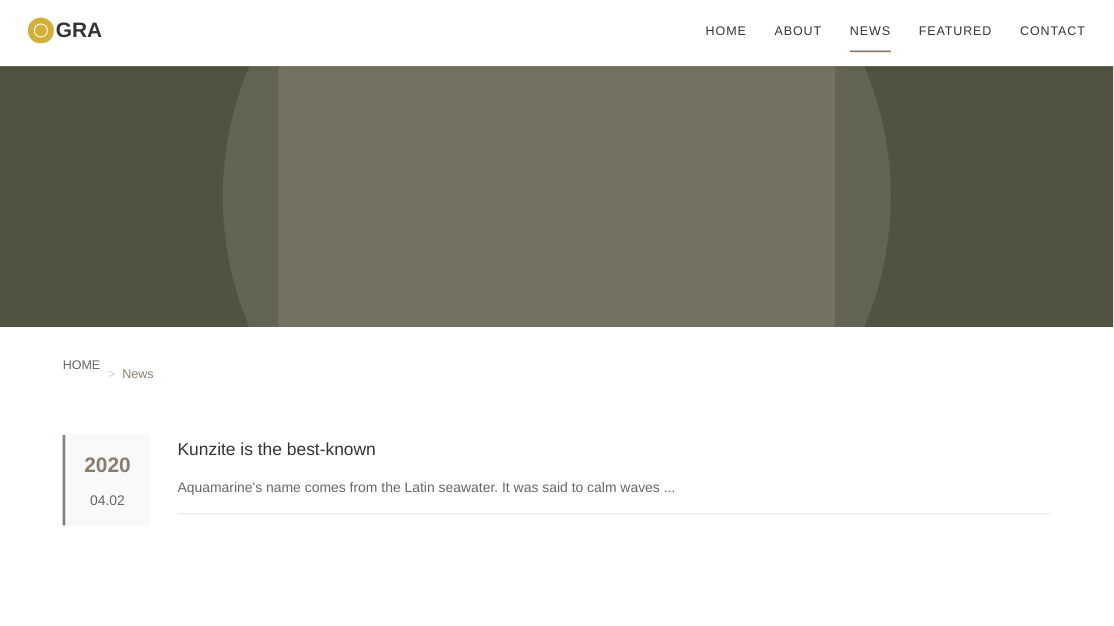
Repository: zhangchugao/jewelry
Page: /news
An editor plug-in stored every save of this project. The page is shown before and after the next save, followed by the edit.
The browser window is 1280 px wide. The pictures show the whole page, at 87% of full size.
The project was rebuilt for these pictures with package versions that can differ from the ones it lists, and the page was loaded fresh each time. Also part of the build but not shown: vite.config.ts, src/components/BannerSection.vue, src/components/CertificateSection.vue, src/views/HomeView.vue, src/views/AboutView.vue, src/views/FeaturedView.vue, src/views/ContactView.vue.

Above is the page before, as saved 2025-11-23 12:52:57.

### index.html
<!doctype html>
<html lang="en">
  <head>
    <meta charset="UTF-8" />
    <link rel="icon" type="image/svg+xml" href="/vite.svg" />
    <meta name="viewport" content="width=device-width, initial-scale=1.0, maximum-scale=1.0, user-scalable=no" />
    <meta name="theme-color" content="#ffffff" />
    <meta name="description" content="GRA Jewelry - Exclusive Custom Jewelry and Certification" />
    <title>GRA Jewelry</title>
  </head>
  <body>
    <div id="app"></div>
    <script type="module" src="/src/main.ts"></script>
  </body>
</html>

### src/style.css
/* 全局变量 */
:root {
  --primary-color: #8b7d6b;
  --secondary-color: #333;
  --text-color: #333;
  --light-text: #666;
  --background-color: #fff;
  --border-color: #e0e0e0;
  --font-main: 'Helvetica Neue', Arial, sans-serif;
}

/* 重置样式 */
* {
  margin: 0;
  padding: 0;
  box-sizing: border-box;
}

html, body {
  font-family: var(--font-main);
  line-height: 1.6;
  color: var(--text-color);
  background-color: var(--background-color);
  min-height: 100vh;
}

#app {
  width: 100%;
  min-height: 100vh;
}

a {
  text-decoration: none;
  color: var(--secondary-color);
  transition: color 0.3s ease;
}

a:hover {
  color: var(--primary-color);
}

button {
  cursor: pointer;
  border: none;
  background: none;
  font-family: inherit;
}

/* 响应式断点 */
@media (max-width: 768px) {
  :root {
    font-size: 14px;
  }
}

@media (max-width: 480px) {
  :root {
    font-size: 12px;
  }
}

/* H5设备优化 */
/* 防止双击缩放 */
* {
  touch-action: manipulation;
}

/* 优化触摸目标大小 */
button, a, input[type="button"], input[type="submit"] {
  min-height: 44px;
  min-width: 44px;
}

/* 滚动优化 */
html {
  -webkit-overflow-scrolling: touch;
}

/* 防止内容被底部安全区域遮挡（iPhone等设备） */
@media (max-width: 768px) {
  .certificate-section {
    padding-bottom: calc(4rem + env(safe-area-inset-bottom, 0px));
  }

  .mobile-nav {
    padding-bottom: calc(1rem + env(safe-area-inset-bottom, 0px));
  }
}

/* 横屏模式优化 */
@media screen and (orientation: landscape) and (max-height: 500px) {
  .banner {
    height: 80vh;
  }

  .certificate-section {
    padding: 2rem 1rem;
  }
}

### src/App.vue
<script setup lang="ts">
import { RouterView } from 'vue-router';
import Navbar from './components/Navbar.vue';
</script>

<template>
  <div class="app">
    <Navbar />
    <main>
      <RouterView />
    </main>
  </div>
</template>

<style scoped>
.app {
  display: flex;
  flex-direction: column;
  min-height: 100vh;
}

main {
  flex: 1;
}
</style>

### src/router.ts
import { createRouter, createWebHistory } from 'vue-router';
import HomeView from './views/HomeView.vue';
import AboutView from './views/AboutView.vue';
import NewsView from './views/NewsView.vue';
import FeaturedView from './views/FeaturedView.vue';
import ContactView from './views/ContactView.vue';

const routes = [
  {
    path: '/',
    name: 'home',
    component: HomeView
  },
  {
    path: '/about',
    name: 'about',
    component: AboutView
  },
  {
    path: '/news',
    name: 'news',
    component: NewsView
  },
  {
    path: '/featured',
    name: 'featured',
    component: FeaturedView
  },
  {
    path: '/contact',
    name: 'contact',
    component: ContactView
  }
];

const router = createRouter({
  history: createWebHistory(),
  routes
});

export default router;

### src/components/Navbar.vue
<template>
  <nav class="navbar">
    <div class="navbar-container">
      <!-- Logo -->
      <div class="logo">
        <router-link to="/">
          <span class="logo-text">GRA</span>
        </router-link>
      </div>

      <!-- Desktop Navigation -->
      <div class="nav-links">
        <router-link to="/" class="nav-link">HOME</router-link>
        <router-link to="/about" class="nav-link">About</router-link>
        <router-link to="/news" class="nav-link">News</router-link>
        <router-link to="/featured" class="nav-link">Featured</router-link>
        <router-link to="/contact" class="nav-link">Contact</router-link>
      </div>

      <!-- Mobile Menu Button -->
      <button class="mobile-menu-btn" @click="toggleMobileMenu">
        <span class="menu-icon"></span>
      </button>
    </div>

    <!-- Mobile Navigation -->
    <div class="mobile-nav" v-if="mobileMenuOpen">
      <router-link to="/" class="mobile-nav-link" @click="closeMobileMenu">HOME</router-link>
      <router-link to="/about" class="mobile-nav-link" @click="closeMobileMenu">About</router-link>
      <router-link to="/news" class="mobile-nav-link" @click="closeMobileMenu">News</router-link>
      <router-link to="/featured" class="mobile-nav-link" @click="closeMobileMenu">Featured</router-link>
      <router-link to="/contact" class="mobile-nav-link" @click="closeMobileMenu">Contact</router-link>
    </div>
  </nav>
</template>

<script setup lang="ts">
import { ref } from 'vue';

const mobileMenuOpen = ref(false);

const toggleMobileMenu = () => {
  mobileMenuOpen.value = !mobileMenuOpen.value;
};

const closeMobileMenu = () => {
  mobileMenuOpen.value = false;
};
</script>

<style scoped>
.navbar {
  position: sticky;
  top: 0;
  background-color: #fff;
  box-shadow: 0 2px 10px rgba(0, 0, 0, 0.1);
  z-index: 1000;
  padding: 1rem 0;
}

.navbar-container {
  max-width: 1400px;
  margin: 0 auto;
  padding: 0 2rem;
  display: flex;
  justify-content: space-between;
  align-items: center;
}

.logo {
  display: flex;
  align-items: center;
}

.logo-text {
  font-size: 1.5rem;
  font-weight: bold;
  color: var(--secondary-color);
  position: relative;
  padding-left: 2rem;
}

.logo-text::before {
  content: '';
  position: absolute;
  left: 0;
  top: 50%;
  transform: translateY(-50%);
  width: 30px;
  height: 30px;
  background-color: #d4af37;
  border-radius: 50%;
  background-image: url('data:[embedded picture, 278 characters]');
  background-size: contain;
  background-repeat: no-repeat;
  background-position: center;
}

.nav-links {
  display: flex;
  gap: 2rem;
}

.nav-link {
  font-size: 0.9rem;
  font-weight: 500;
  text-transform: uppercase;
  letter-spacing: 1px;
  position: relative;
  padding: 0.5rem 0;
}

.nav-link::after {
  content: '';
  position: absolute;
  bottom: 0;
  left: 0;
  width: 0;
  height: 2px;
  background-color: var(--primary-color);
  transition: width 0.3s ease;
}

.nav-link:hover::after,
.nav-link.router-link-active::after {
  width: 100%;
}

.mobile-menu-btn {
  display: none;
  background: none;
  border: none;
  cursor: pointer;
  padding: 0.5rem;
}

.menu-icon {
  display: block;
  width: 24px;
  height: 2px;
  background-color: var(--secondary-color);
  position: relative;
  transition: background-color 0.3s ease;
}

.menu-icon::before,
.menu-icon::after {
  content: '';
  position: absolute;
  width: 24px;
  height: 2px;
  background-color: var(--secondary-color);
  transition: transform 0.3s ease;
}

.menu-icon::before {
  top: -6px;
}

.menu-icon::after {
  bottom: -6px;
}

.mobile-nav {
  display: none;
  position: absolute;
  top: 100%;
  left: 0;
  right: 0;
  background-color: #fff;
  box-shadow: 0 4px 6px rgba(0, 0, 0, 0.1);
  padding: 1rem 0;
}

.mobile-nav-link {
  display: block;
  padding: 1rem 2rem;
  font-size: 1rem;
  color: var(--secondary-color);
  text-align: center;
  border-bottom: 1px solid var(--border-color);
}

.mobile-nav-link:last-child {
  border-bottom: none;
}

.mobile-nav-link:hover {
  background-color: #f9f9f9;
  color: var(--primary-color);
}

/* 响应式设计 */
@media (max-width: 768px) {
  .nav-links {
    display: none;
  }

  .mobile-menu-btn {
    display: block;
  }

  .mobile-nav {
    display: block;
  }

  .navbar-container {
    padding: 0 1rem;
  }
}
</style>

### src/views/NewsView.vue
<template>
  <div class="news">
    <!-- 钻石图片横幅 -->
    <div class="news-banner">
      <div class="banner-image">
        <img src="data:[embedded picture, 446 characters]" alt="Diamonds" class="banner-img">
      </div>
    </div>

    <!-- 主要内容容器 -->
    <div class="news-container">
      <!-- 面包屑导航 -->
      <div class="breadcrumb">
        <router-link to="/" class="breadcrumb-link">HOME</router-link>
        <span class="breadcrumb-separator">></span>
        <span class="breadcrumb-current">News</span>
      </div>

      <!-- 新闻列表 -->
      <div class="news-list">
        <!-- 新闻项1 -->
        <div class="news-item">
          <div class="news-date">
            <div class="news-year">2020</div>
            <div class="news-month">04.02</div>
          </div>
          <div class="news-content">
            <h3 class="news-title">Kunzite is the best-known</h3>
            <p class="news-description">Aquamarine's name comes from the Latin seawater. It was said to calm waves ...</p>
            <div class="news-divider"></div>
          </div>
        </div>
      </div>
    </div>
  </div>
</template>

<script setup lang="ts">
import { ref } from 'vue';
import { useRouter } from 'vue-router';

const router = useRouter();

// 可以在这里添加更多的新闻数据和方法
</script>

<style scoped>
.news {
  width: 100%;
  overflow-x: hidden;
}

/* 横幅样式 */
.news-banner {
  width: 100%;
  height: 300px;
  overflow: hidden;
  position: relative;
}

.banner-image {
  width: 100%;
  height: 100%;
  position: relative;
}

.banner-img {
  width: 100%;
  height: 100%;
  object-fit: cover;
  transition: transform 0.5s ease;
}

.banner-img:hover {
  transform: scale(1.02);
}

/* 主要内容容器 */
.news-container {
  max-width: 1200px;
  margin: 0 auto;
  padding: 2rem;
}

/* 面包屑导航 */
.breadcrumb {
  display: flex;
  align-items: center;
  gap: 0.5rem;
  margin-bottom: 3rem;
  font-size: 0.9rem;
  color: #666;
}

.breadcrumb-link {
  color: #666;
  text-decoration: none;
  transition: color 0.3s ease;
}

.breadcrumb-link:hover {
  color: var(--primary-color);
}

.breadcrumb-separator {
  color: #ccc;
}

.breadcrumb-current {
  color: var(--primary-color);
}

/* 新闻列表 */
.news-list {
  display: flex;
  flex-direction: column;
  gap: 2rem;
}

.news-item {
  display: flex;
  gap: 2rem;
  padding-bottom: 2rem;
  transition: all 0.3s ease;
}

.news-item:hover {
  transform: translateY(-5px);
}

/* 日期样式 */
.news-date {
  min-width: 100px;
  padding: 1rem;
  background-color: #f9f9f9;
  text-align: center;
  border-left: 3px solid var(--primary-color);
}

.news-year {
  font-size: 1.5rem;
  font-weight: bold;
  color: var(--primary-color);
  margin-bottom: 0.5rem;
}

.news-month {
  font-size: 1rem;
  color: #666;
}

/* 新闻内容 */
.news-content {
  flex: 1;
}

.news-title {
  font-size: 1.25rem;
  font-weight: 500;
  color: var(--secondary-color);
  margin-bottom: 1rem;
  transition: color 0.3s ease;
}

.news-title:hover {
  color: var(--primary-color);
}

.news-description {
  color: #666;
  line-height: 1.6;
  margin-bottom: 1rem;
}

.news-divider {
  height: 1px;
  background-color: #e0e0e0;
  margin-top: 1rem;
}

/* 响应式设计 */
@media (max-width: 768px) {
  .news-banner {
    height: 200px;
  }

  .news-container {
    padding: 1rem;
  }

  .news-item {
    flex-direction: column;
    gap: 1rem;
  }

  .news-date {
    width: 100%;
  }
}
</style>

Loaded but not shown: src/main.ts (common file)

After the next save:
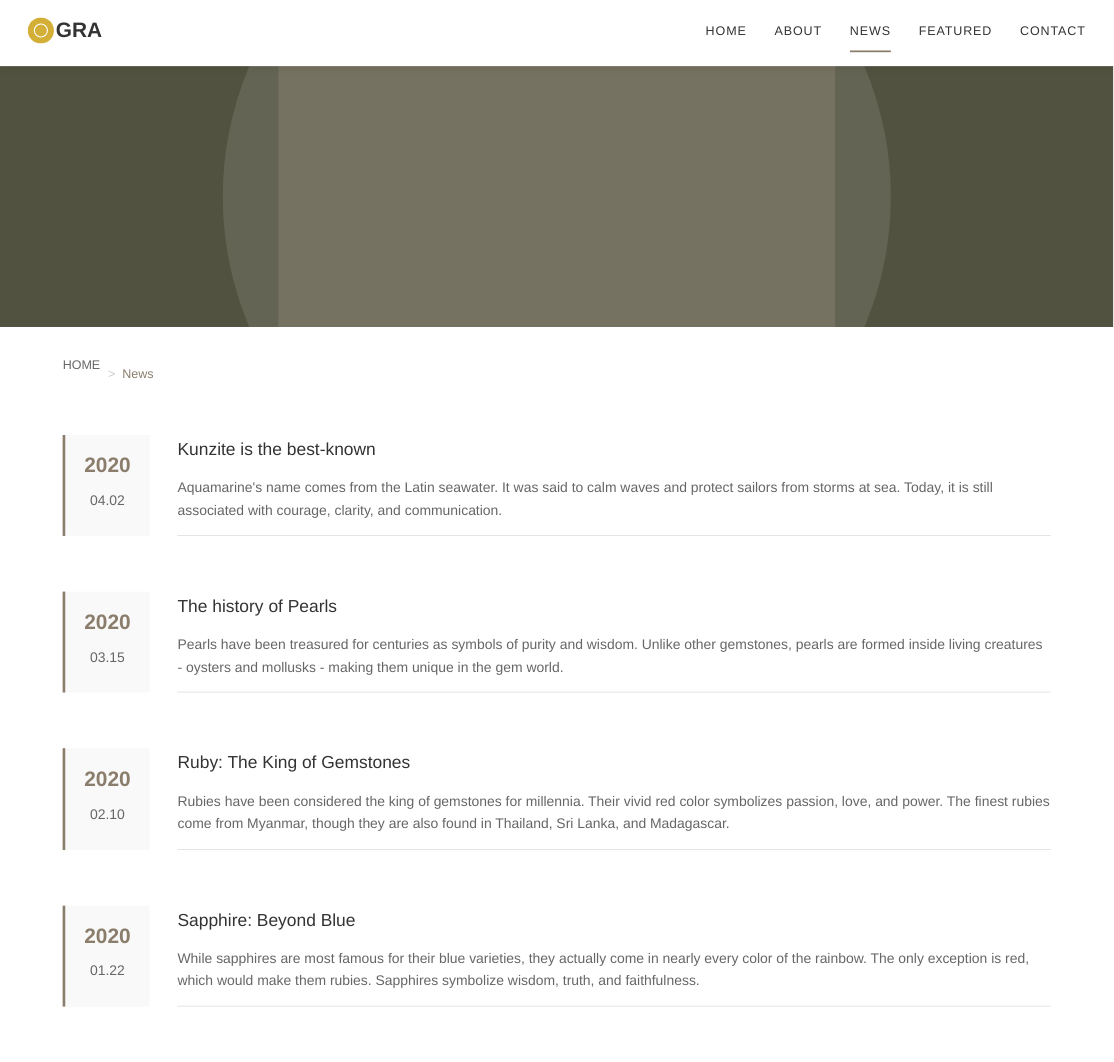
Saved 88 s later.
--- a/src/views/NewsView.vue
+++ b/src/views/NewsView.vue
@@ -18,15 +18,20 @@
 
       <!-- 新闻列表 -->
       <div class="news-list">
-        <!-- 新闻项1 -->
-        <div class="news-item">
+        <!-- 使用v-for渲染新闻列表 -->
+        <div
+          v-for="(news, index) in newsItems"
+          :key="index"
+          class="news-item"
+          @click="navigateToNewsDetail(news.id)"
+        >
           <div class="news-date">
-            <div class="news-year">2020</div>
-            <div class="news-month">04.02</div>
+            <div class="news-year">{{ news.year }}</div>
+            <div class="news-month">{{ news.month }}</div>
           </div>
           <div class="news-content">
-            <h3 class="news-title">Kunzite is the best-known</h3>
-            <p class="news-description">Aquamarine's name comes from the Latin seawater. It was said to calm waves ...</p>
+            <h3 class="news-title">{{ news.title }}</h3>
+            <p class="news-description">{{ news.description }}</p>
             <div class="news-divider"></div>
           </div>
         </div>
@@ -41,7 +46,45 @@ import { useRouter } from 'vue-router';
 
 const router = useRouter();
 
-// 可以在这里添加更多的新闻数据和方法
+// 新闻数据
+const newsItems = ref([
+  {
+    id: 1,
+    year: '2020',
+    month: '04.02',
+    title: 'Kunzite is the best-known',
+    description: 'Aquamarine\'s name comes from the Latin seawater. It was said to calm waves and protect sailors from storms at sea. Today, it is still associated with courage, clarity, and communication.'
+  },
+  {
+    id: 2,
+    year: '2020',
+    month: '03.15',
+    title: 'The history of Pearls',
+    description: 'Pearls have been treasured for centuries as symbols of purity and wisdom. Unlike other gemstones, pearls are formed inside living creatures - oysters and mollusks - making them unique in the gem world.'
+  },
+  {
+    id: 3,
+    year: '2020',
+    month: '02.10',
+    title: 'Ruby: The King of Gemstones',
+    description: 'Rubies have been considered the king of gemstones for millennia. Their vivid red color symbolizes passion, love, and power. The finest rubies come from Myanmar, though they are also found in Thailand, Sri Lanka, and Madagascar.'
+  },
+  {
+    id: 4,
+    year: '2020',
+    month: '01.22',
+    title: 'Sapphire: Beyond Blue',
+    description: 'While sapphires are most famous for their blue varieties, they actually come in nearly every color of the rainbow. The only exception is red, which would make them rubies. Sapphires symbolize wisdom, truth, and faithfulness.'
+  }
+]);
+
+// 导航到新闻详情页
+const navigateToNewsDetail = (id: number) => {
+  // 这里可以实现跳转到新闻详情页的逻辑
+  // 目前只是添加点击效果，实际项目中可能需要路由到详情页
+  // router.push(`/news/${id}`);
+  console.log(`Navigate to news detail: ${id}`);
+};
 </script>
 
 <style scoped>
